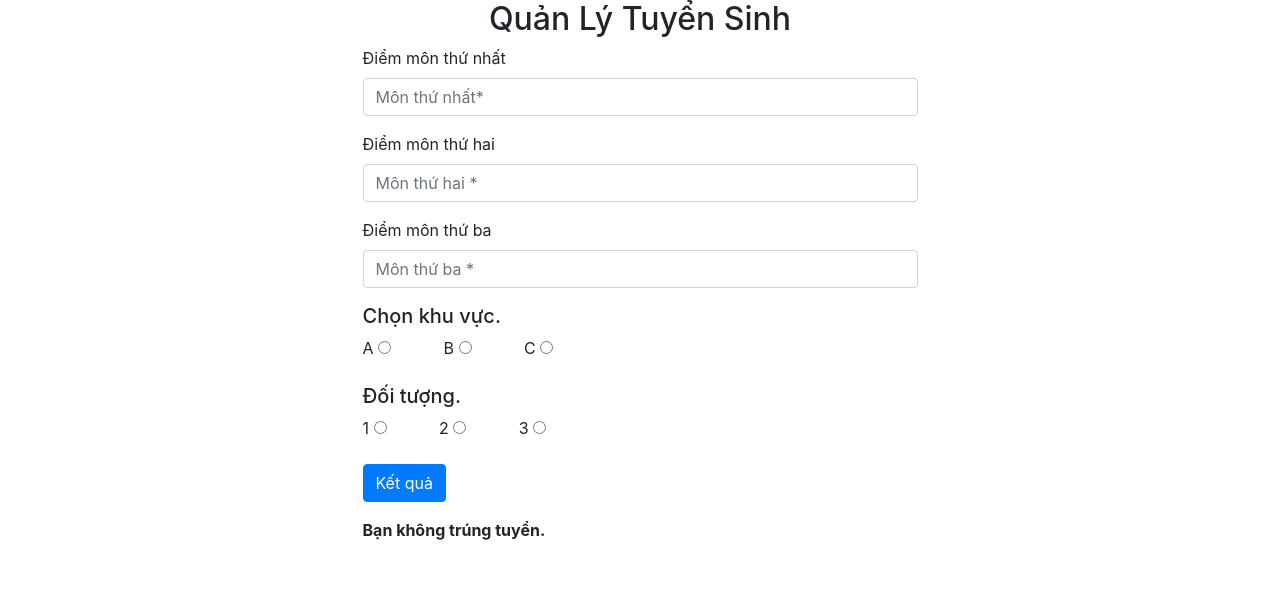
Repository: dovanthao2404/BC14_BaiTap_JS_Buoi_5_dovanthao
Page: html/bai1.html
An editor plug-in stored every save of this project. The page is shown before and after the next save, followed by the edit.
The browser window is 1280 px wide. The pictures show the whole page.

Above is the page before, as saved 2021-07-03 17:32:40.

### html/bai1.html
<!DOCTYPE html>
<html lang="en">

<head>
  <meta charset="UTF-8">
  <meta http-equiv="X-UA-Compatible" content="IE=edge">
  <meta name="viewport" content="width=device-width, initial-scale=1.0">
  <title>Document</title>

  <link rel="stylesheet" href="https://cdn.jsdelivr.net/npm/bootstrap@4.6.0/dist/css/bootstrap.min.css"
    integrity="sha384-B0vP5xmATw1+K9KRQjQERJvTumQW0nPEzvF6L/Z6nronJ3oUOFUFpCjEUQouq2+l" crossorigin="anonymous">
</head>

<body>

  <div class="container">
    <div class="admissions-manager">
      <form class="w-50 mx-auto">
        <h2 class="text-center">Quản Lý Tuyển Sinh</h2>
        <div class="form-group">
          <label for="scores-1">Điểm môn thứ nhất</label>
          <input class="form-control" type="text" placeholder="Môn thứ nhất*" id="scores-1">
          <span class="h-100 w-100"></span>
        </div>
        <div class="form-group">
          <label for="scores-2">Điểm môn thứ hai</label>
          <input class="form-control" type="text" placeholder="Môn thứ hai *" id="scores-2">
          <span></span>
        </div>
        <div class="form-group">
          <label for="scores-3">Điểm môn thứ ba</label>
          <input class="form-control" type="text" placeholder="Môn thứ ba *" id="scores-3">
          <span></span>
        </div>
        <div class="form-group">
          <h5 for="scores-3">Chọn khu vực.</h5>
          <label for="areaA">A</label>
          <input id="areaA" name="area" class="mr-5" type="radio">
          <label for="areaB">B</label>
          <input id="areaB" name="area" class="mr-5" type="radio">
          <label for="areaC">C</label>
          <input id="areaC" name="area" class="mr-5" type="radio">
          <p></p>
        </div>


        <div class="form-group">
          <h5 for="scores-3">Đối tượng.</h5>
          <label for="object-1">1</label>
          <input id="object-1" name="object" class="mr-5" type="radio">
          <label for="object-2">2</label>
          <input id="object-2" name="object" class="mr-5" type="radio">
          <label for="object-3">3</label>
          <input id="object-3" name="object" class="mr-5" type="radio">
          <p></p>
        </div>
        <button id="result" type="button" class="btn btn-primary">Kết quả</button>
      </form>
      <div class="mt-3 w-50 mx-auto">
        <b id="showResult">Bạn không trúng tuyển.</b>
      </div>
    </div>
  </div>
</body>

</html>

After the next save:
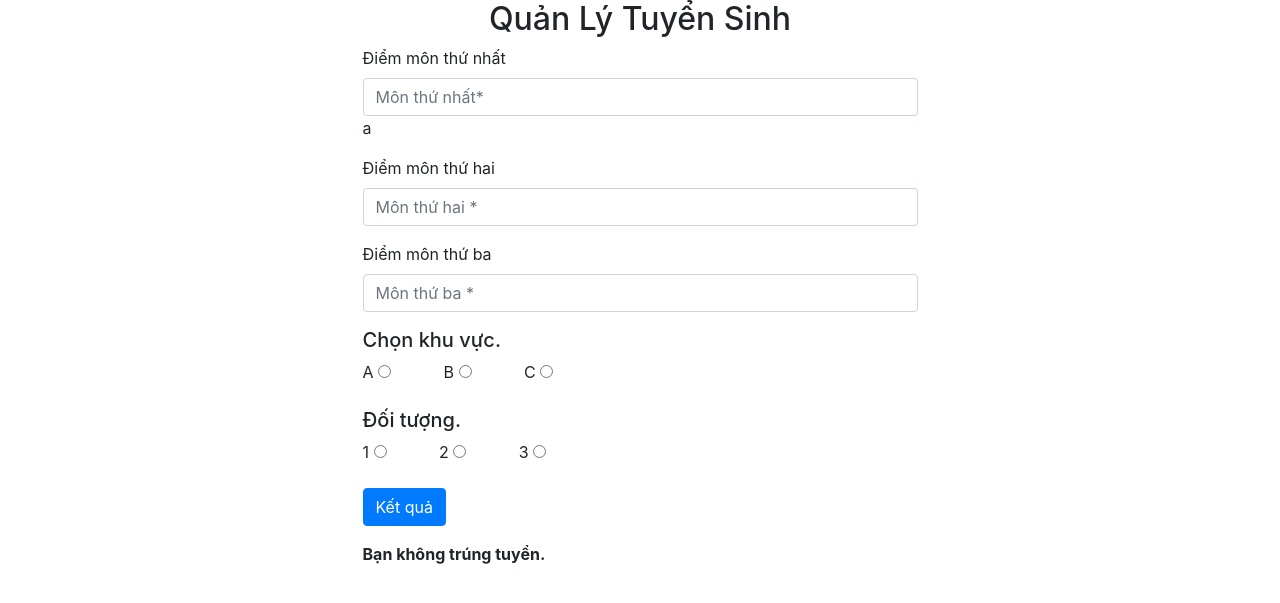
Saved 18 s later.
--- a/html/bai1.html
+++ b/html/bai1.html
@@ -20,7 +20,7 @@
         <div class="form-group">
           <label for="scores-1">Điểm môn thứ nhất</label>
           <input class="form-control" type="text" placeholder="Môn thứ nhất*" id="scores-1">
-          <span class="h-100 w-100"></span>
+          <span class="h-100 w-100">a</span>
         </div>
         <div class="form-group">
           <label for="scores-2">Điểm môn thứ hai</label>

After the 3 saves that followed:
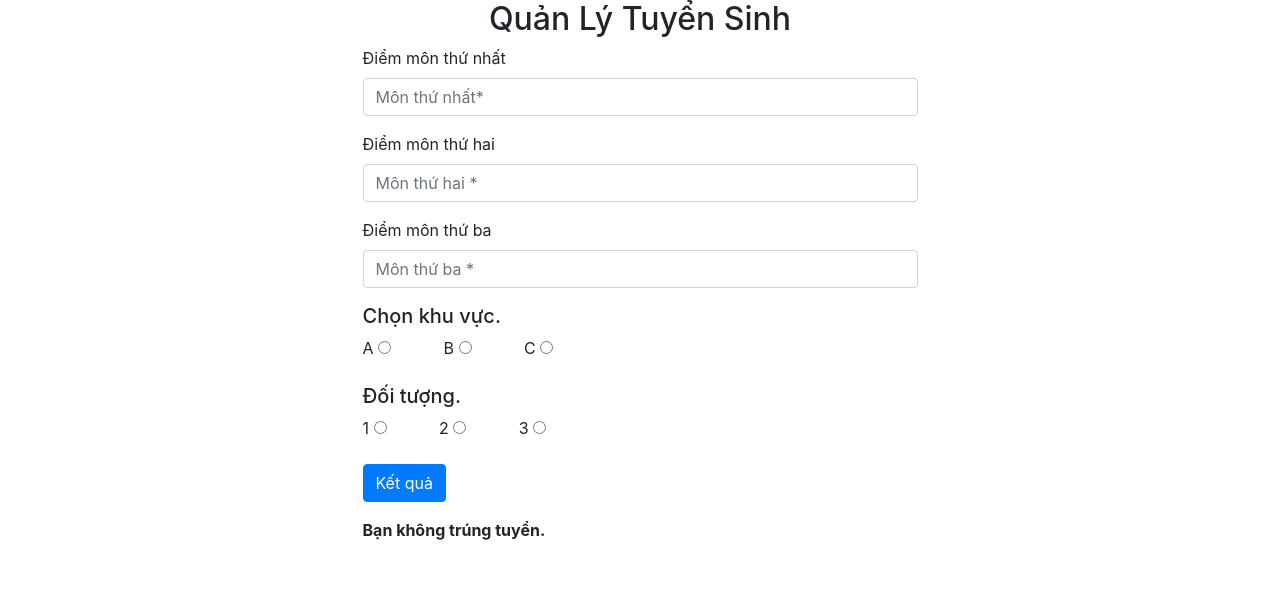
The 3 saves are shown as one change because 1 left the picture as it was and some came seconds apart.
The last was saved 117 s later.
--- a/html/bai1.html
+++ b/html/bai1.html
@@ -20,7 +20,7 @@
         <div class="form-group">
           <label for="scores-1">Điểm môn thứ nhất</label>
           <input class="form-control" type="text" placeholder="Môn thứ nhất*" id="scores-1">
-          <span class="h-100 w-100">a</span>
+          <span class="text-danger"></span>
         </div>
         <div class="form-group">
           <label for="scores-2">Điểm môn thứ hai</label>
